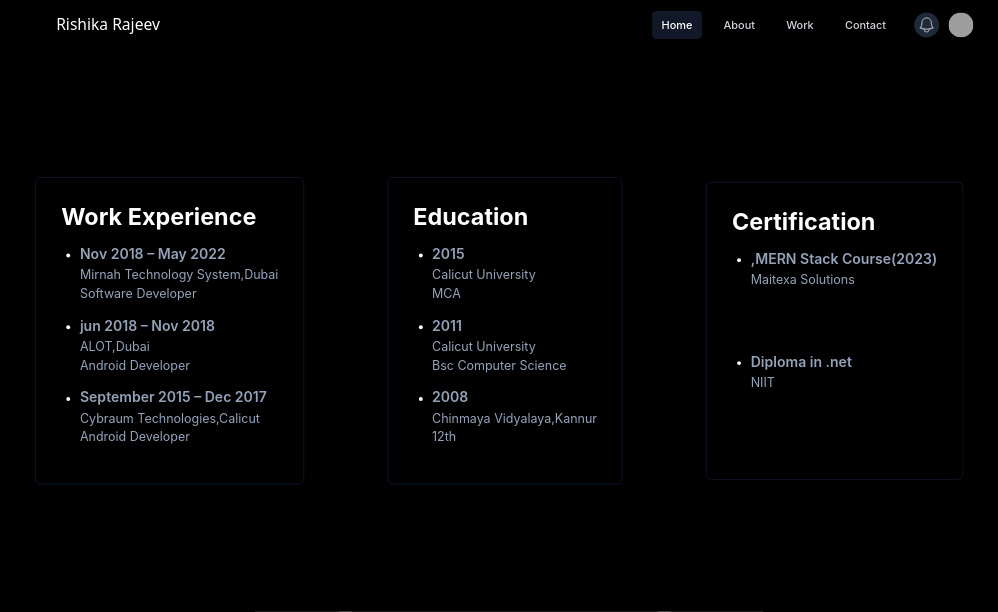
Repository: rishikarajeev/portfolio_rishika
Page: /about
The author's editor kept a copy of each file at every save. The page is drawn from the files as they stood at one save, then again after a run of saves.
The browser window is 1280 px wide. The pictures show the whole page, at 78% of full size.
Pictures or frames that could not be fetched are drawn as grey boxes. The project was rebuilt for these pictures with package versions that can differ from the ones it lists, and the page was loaded fresh each time. Also part of the build but not shown: src/Pages/Home.jsx, src/Pages/Contact.jsx, src/Components/Work.jsx, src/Components/Project.jsx, src/Pages/Mywork.jsx.

Above is the page before, as saved 2023-10-23 18:52:09.

### src/Components/Nav/Nav.jsx
import React from 'react'

function Nav() {
  return (
    <div><nav class="dark:bg-black">
    <div class="mx-auto max-w-7xl px-2 sm:px-6 lg:px-8">
      <div class="relative flex h-16 items-center justify-between">
      <div class="absolute inset-y-0 left-7 flex items-center ">

      <a href="#" class=" text-white  px-3 py-2 text-xl font-medium font-sans" aria-current="page">Rishika Rajeev</a>
        </div>
        <div class="absolute inset-y-0 left-0 flex items-center sm:hidden">

          <button type="button" class="relative inline-flex items-center justify-center rounded-md p-2 text-gray-400 hover:bg-gray-700 hover:text-white focus:outline-none focus:ring-2 focus:ring-inset focus:ring-white" aria-controls="mobile-menu" aria-expanded="false">
            <span class="absolute -inset-0.5"></span>
            <span class="sr-only">Open main menu</span>

            <svg class="block h-6 w-6" fill="none" viewBox="0 0 24 24" stroke-width="1.5" stroke="currentColor" aria-hidden="true">
              <path stroke-linecap="round" stroke-linejoin="round" d="M3.75 6.75h16.5M3.75 12h16.5m-16.5 5.25h16.5" />
            </svg>

            <svg class="hidden h-6 w-6" fill="none" viewBox="0 0 24 24" stroke-width="1.5" stroke="currentColor" aria-hidden="true">
              <path stroke-linecap="round" stroke-linejoin="round" d="M6 18L18 6M6 6l12 12" />
            </svg>
          </button>
        </div>
        <div class="flex flex-1 items-center justify-end sm:items-stretch sm:justify-end">
          {/* <div class="flex flex-shrink-0 items-center">
            <img class="h-8 w-auto" src="https://tailwindui.com/img/logos/mark.svg?color=indigo&shade=500" alt="Your Company"/>
          </div> */}
          <div class="hidden sm:ml-6 sm:block ">
            <div class="flex space-x-4 ">

              <a href="/" class="bg-gray-900 text-white rounded-md px-3 py-2 text-sm font-medium" >Home</a>
              <a href="/about" class="text-gray-300 hover:bg-gray-700 hover:text-white rounded-md px-3 py-2 text-sm font-medium">About</a>
              <a href="/work" class="text-gray-300 hover:bg-gray-700 hover:text-white rounded-md px-3 py-2 text-sm font-medium">Work</a>
              <a href="/contact" class="text-gray-300 hover:bg-gray-700 hover:text-white rounded-md px-3 py-2 text-sm font-medium">Contact</a>
            </div>
          </div>
        </div>
        <div class="absolute inset-y-0 right-0 flex items-center pr-2 sm:static sm:inset-auto sm:ml-6 sm:pr-0">
          <button type="button" class="relative rounded-full bg-gray-800 p-1 text-gray-400 hover:text-white focus:outline-none focus:ring-2 focus:ring-white focus:ring-offset-2 focus:ring-offset-gray-800">
            <span class="absolute -inset-1.5"></span>
            <span class="sr-only">View notifications</span>
            <svg class="h-6 w-6" fill="none" viewBox="0 0 24 24" stroke-width="1.5" stroke="currentColor" aria-hidden="true">
              <path stroke-linecap="round" stroke-linejoin="round" d="M14.857 17.082a23.848 23.848 0 005.454-1.31A8.967 8.967 0 0118 9.75v-.7V9A6 6 0 006 9v.75a8.967 8.967 0 01-2.312 6.022c1.733.64 3.56 1.085 5.455 1.31m5.714 0a24.255 24.255 0 01-5.714 0m5.714 0a3 3 0 11-5.714 0" />
            </svg>
          </button>


          <div class="relative ml-3">
            <div>
              <button type="button" class="relative flex rounded-full bg-gray-800 text-sm focus:outline-none focus:ring-2 focus:ring-white focus:ring-offset-2 focus:ring-offset-gray-800" id="user-menu-button" aria-expanded="false" aria-haspopup="true">
                <span class="absolute -inset-1.5"></span>
                <span class="sr-only">Open user menu</span>
                <img class="h-8 w-8 rounded-full" src="../../Images/WhatsApp Image 2023-10-03 at 11.58.19 AM.jpeg" alt=""/>
              </button>
            </div>

          </div>
        </div>
      </div>
    </div>


    <div class="sm:hidden" id="mobile-menu">
      <div class="space-y-1 px-2 pb-3 pt-2">

        <a href="/" class="bg-gray-900 text-white block rounded-md px-3 py-2 text-base font-medium" aria-current="page">Home</a>
        <a href="/about" class="text-gray-300 hover:bg-gray-700 hover:text-white block rounded-md px-3 py-2 text-base font-medium">About</a>
        <a href="/work" class="text-gray-300 hover:bg-gray-700 hover:text-white block rounded-md px-3 py-2 text-base font-medium">Work</a>
        <a href="/contact" class="text-gray-300 hover:bg-gray-700 hover:text-white block rounded-md px-3 py-2 text-base font-medium">Contact</a>
      </div>
    </div>
  </nav>
  </div>
  )
}

export default Nav

### src/Pages/About.jsx

import React from 'react';
import Nav from '../Components/Nav/Nav';


const AboutPage = () => {

  const experiences = [
    { year: 'Nov 2018 – May 2022', company: 'Mirnah Technology System,Dubai', designation: 'Software Developer' },
    { year: 'jun 2018 – Nov 2018', company: 'ALOT,Dubai', designation: 'Android Developer' },
    { year: 'September 2015 – Dec 2017', company: 'Cybraum Technologies,Calicut', designation: 'Android Developer' },
    // Add more experiences as needed
  ];
  const education_experiences = [
    { year: '2015', College: 'Calicut University',  degree: 'MCA' },
    { year: '2011', College: 'Calicut University', degree: 'Bsc Computer Science' },
    { year: '2008', College: 'Chinmaya Vidyalaya,Kannur', degree: '12th' },
    // Add more experiences as needed
  ];
  const certification = [
    {  Institute: 'Maitexa Solutions', course: ',MERN Stack Course(2023)' },
    {  Institute: 'NIIT',  course: 'Diploma in .net' },
    // Add more experiences as needed
  ];
  return (
    <div class="dark md:bg-black ">
      <Nav/>
      <div class="">
        <div class="grid grid-rows-1 grid-flow-col gap-4">
          <div className=''>
          <div className="dark:dark:bg-black min-h-screen flex items-center justify-center">
      <div className="max-w-2xl p-8 bg-black  text-white shadow-md rounded-md ring-1 ring-slate-900 ">
        <h1 className="text-3xl font-bold text-white mb-4">Work Experience</h1>
        <ul className="list-disc pl-6">
          {experiences.map((experience, index) => (
            <li key={index} className="mb-4">
              <div className="text-lg  dark:text-slate-400 font-semibold">{experience.year}</div>
              <div className="text-gray-700  dark:text-slate-400">{experience.company}</div>
              <div className="text-gray-600  dark:text-slate-400">{experience.designation}</div>
            </li>
          ))}
        </ul>
      </div>
      </div>

          </div>


          <div className=''>
      <div className="dark:dark:bg-black min-h-screen flex items-center justify-center">
      <div className="max-w-2xl p-8 bg-black  text-white shadow-md rounded-md ring-1 ring-slate-900 ">
        <h1 className="text-3xl font-bold text-white mb-4 ">Education</h1>
        <ul className="list-disc pl-6">
          {education_experiences.map((experience, index) => (
            <li key={index} className="mb-4">
              <div className="text-lg  dark:text-slate-400 font-semibold">{experience.year}</div>
              <div className="text-gray-700  dark:text-slate-400">{experience.College}</div>
              <div className="text-gray-600  dark:text-slate-400">{experience.degree}</div>
            </li>
          ))}
        </ul>
      </div>
      </div>
      </div>
      <div className=''>
          <div className="dark:dark:bg-black min-h-screen flex items-center justify-center">
      <div className="max-w-2xl p-8 bg-black  text-white shadow-md rounded-md ring-1 ring-slate-900 ">
        <h1 className="text-3xl font-bold text-white mb-4">Certification</h1>
        <ul className="list-disc pl-6">
          {certification.map((certification, index) => (
            <li key={index} className="mb-2">
              <div className="text-lg  dark:text-slate-400 font-semibold">{certification.course}</div>
              <div className="text-gray-700  dark:text-slate-400">{certification.Institute}</div>
              <div className="text-black">sss</div>
              <div className="text-black">ss</div>
              <div className="text-black">sss</div>

            </li>
          ))}
        </ul>
      </div>
      </div>

          </div>
      </div>
      </div>

</div>
  );
};

export default AboutPage;

### tailwind.config.js
/** @type {import('tailwindcss').Config} */
module.exports = {
  content: ["./src/**/*.{html,js,jsx}"],
  theme: {
    extend: {},
  },
  darkMode: 'class',
  plugins: [],
}

Loaded but not shown: public/index.html (common file); src/index.js (common file); src/index.css (common file); src/App.js (common file); src/reportWebVitals.js (common file); src/App.css (common file)

After the next 4 saves:
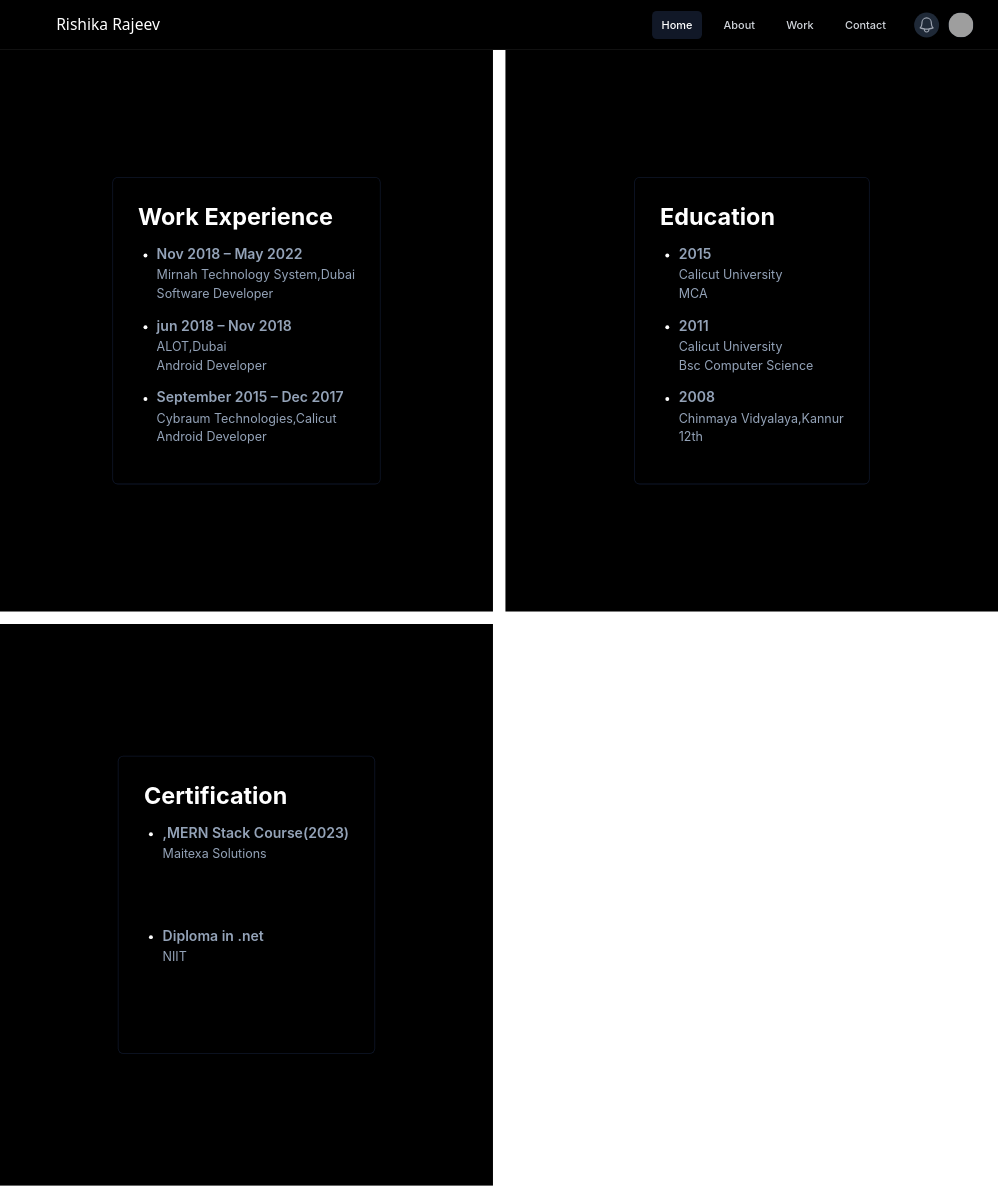
The 4 saves are shown as one change because they came seconds apart.
The last was saved 65 s later.
--- a/src/Pages/About.jsx
+++ b/src/Pages/About.jsx
@@ -23,10 +23,10 @@ const AboutPage = () => {
     // Add more experiences as needed
   ];
   return (
-    <div class="dark md:bg-black ">
+    <div class="dark dark:bg-black ">
       <Nav/>
       <div class="">
-        <div class="grid grid-rows-1 grid-flow-col gap-4">
+        <div class="grid grid-cols-1 md:grid-cols-2 gap-4">
           <div className=''>
           <div className="dark:dark:bg-black min-h-screen flex items-center justify-center">
       <div className="max-w-2xl p-8 bg-black  text-white shadow-md rounded-md ring-1 ring-slate-900 ">
